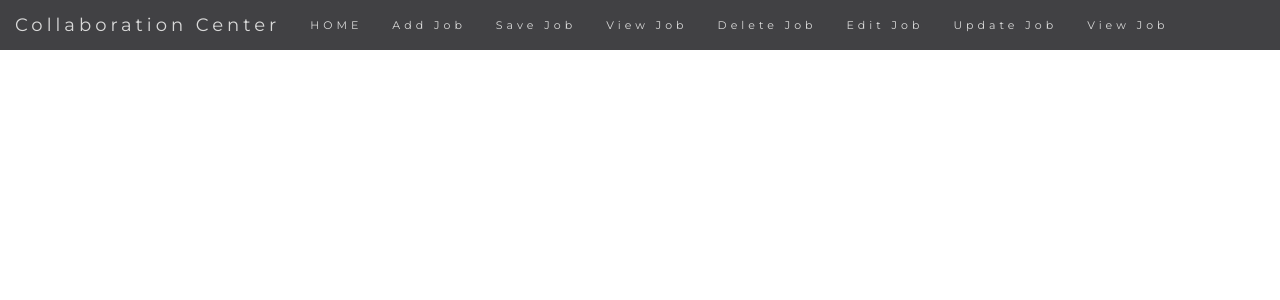
Repository: MokashiN/TestRepository
Page: http://localhost/MyChatApp/WEB-INF/views/headerUtility1.jsp
The author's editor kept a copy of each file at every save. The page is drawn from the files as they stood at one save, then again after the next save.
The browser window is 1280 px wide. The pictures show the whole page.
The page is served by Tomcat 9. Nobody is signed in. The template is opened directly, without the code that normally fills it, so the values that code supplies are empty.

Above is the page before, as saved 2016-09-09 07:31:43.

After the next save:
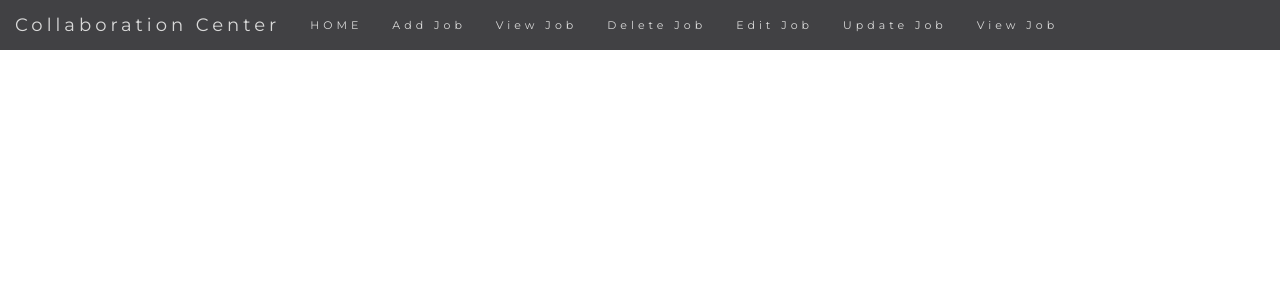
Saved 19 min 13 s later.
--- a/MyChatApp/src/main/webapp/WEB-INF/views/headerUtility1.jsp
+++ b/MyChatApp/src/main/webapp/WEB-INF/views/headerUtility1.jsp
@@ -218,7 +218,6 @@ textarea {
 				<ul class="nav navbar-nav navbar-left">
 							<li><a href="myPage">HOME</a></li>
 							<li><a href="<c:url value='/JobAdd'/>">Add Job</a></li>
-							<li><a href="<c:url value='/JobSave'/>">Save Job</a></li>
 							<li><a href="<c:url value='/JobView'/>">View Job</a></li>
 							<li><a href="<c:url value='/admin/JobDelete'/>">Delete Job</a></li>
 							<li><a href="<c:url value='/admin/JobEdit'/>">Edit Job</a></li>
